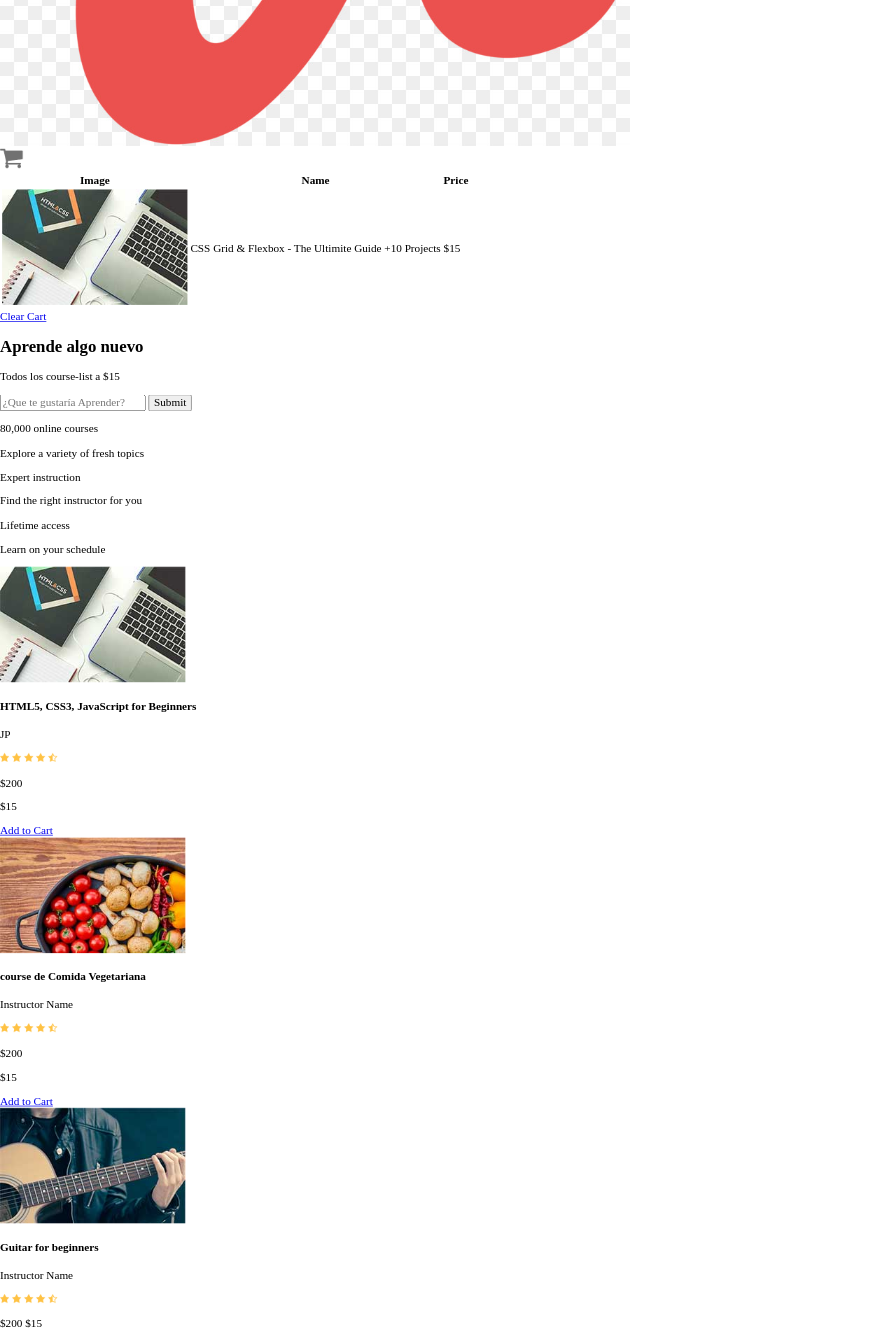
Repository: hoadoan99/UI-udemy-sass
Page: index.html
An editor plug-in stored every save of this project. The page is shown before and after the next save, followed by the edit.
The browser window is 1280 px wide. The pictures show the part of the page from y = 532 to 2452 px (the page is 5963 px tall), at 70% of full size.
The style sheet was rebuilt from its Sass, Less or Tailwind sources for each picture, by a compiler version that may differ from the author's.

Above is the page before, as saved 2021-08-19 11:56:26.

After the next save:
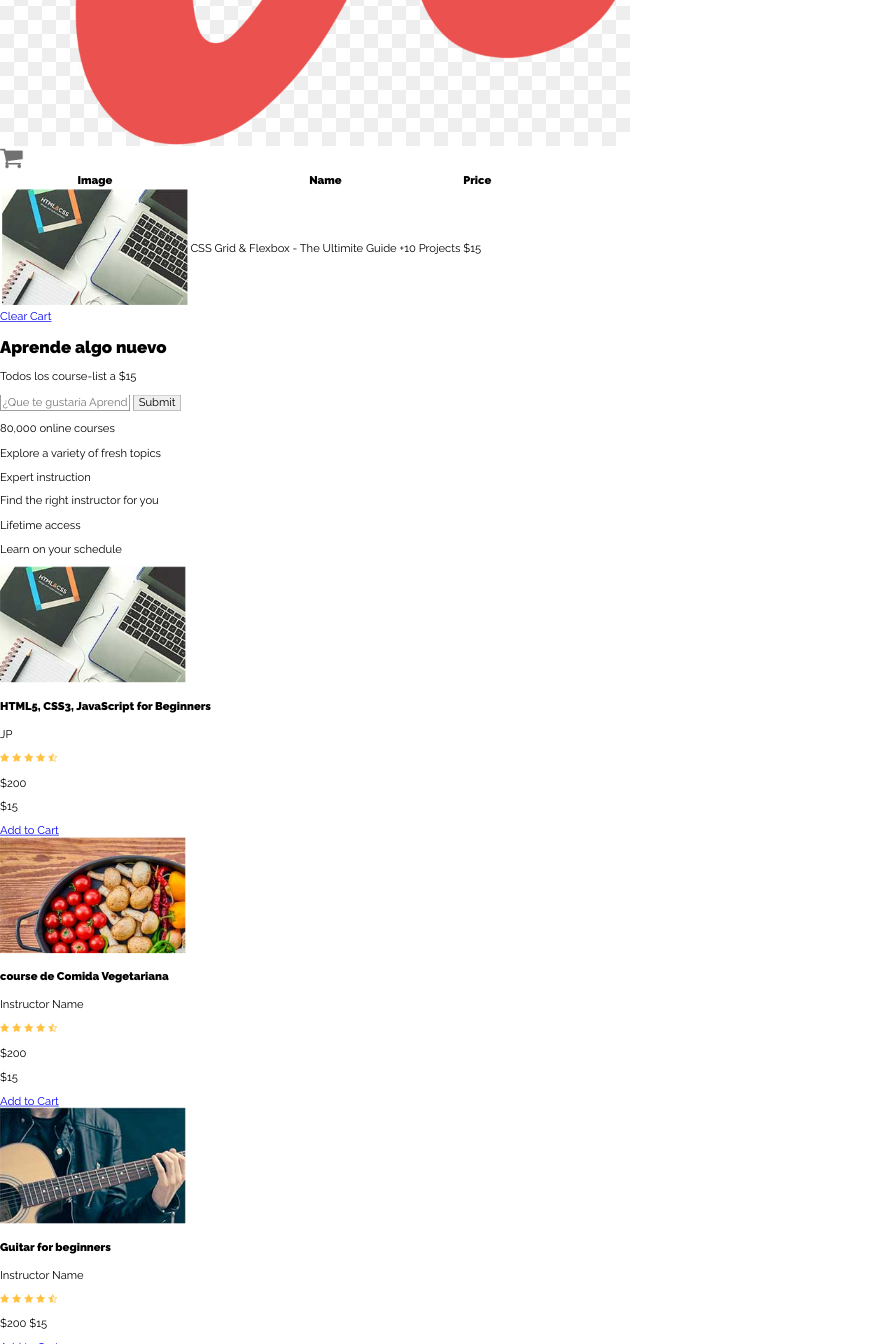
Saved 20 s later.
--- a/scss/app.scss
+++ b/scss/app.scss
@@ -1,2 +1,6 @@
 @import './variables.scss';
 @import './mixins';
+
+body{
+  font-family: $mainFont;
+}
